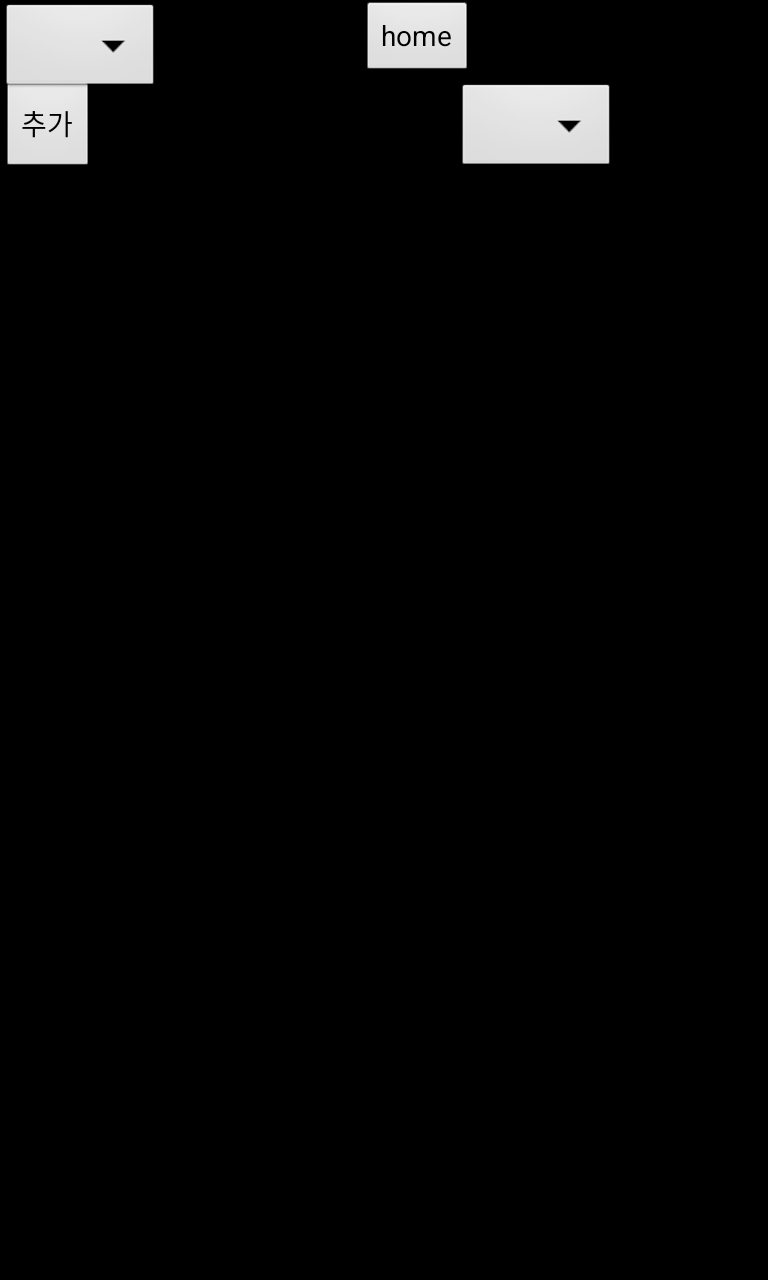
Repository: ET-Bike/E.T-Bike
Layout: Android_Client_ETBike/ETBike/ETBike/res/layout/myprofile.xml
The author's editor kept a copy of each file at every save. The layout is drawn from the files as they stood at one save, then again after the next save.
It is drawn on a 768 x 1280 px phone screen (xhdpi) without system bars, with theme android:Theme.NoTitleBar; the app's code is not run. Lists and similar views that code fills are empty.

Above is the layout before, as saved 2012-11-09 14:54:47.

### Android_Client_ETBike/ETBike/ETBike/res/layout/myprofile.xml
<?xml version="1.0" encoding="utf-8"?>
<FrameLayout xmlns:android="http://schemas.android.com/apk/res/android"
    android:layout_width="match_parent"
    android:layout_height="match_parent"
    android:orientation="vertical" >

    <LinearLayout
        xmlns:android="http://schemas.android.com/apk/res/android"
        android:id="@+id/myBikeListLL"
        android:layout_width="match_parent"
        android:layout_height="match_parent"
        android:orientation="vertical" >

        <LinearLayout
            android:layout_width="fill_parent"
            android:layout_height="40dp"
            android:gravity="left"
            android:orientation="horizontal" >
            <Button
                android:id="@+id/addBikeBtnMyBikeList"
                android:layout_width="wrap_content"
                android:layout_height="wrap_content"
                android:layout_marginLeft="180dp"
                android:text="home" />
        </LinearLayout>

        <LinearLayout
            xmlns:android="http://schemas.android.com/apk/res/android"
            android:layout_width="match_parent"
            android:layout_height="0px"
            android:layout_weight="1"
            android:orientation="horizontal" >

            <Button
                android:id="@+id/addBtnMyBikeList"
                android:layout_width="wrap_content"
                android:layout_height="wrap_content"
                android:layout_gravity="left"
                android:text="추가" />

            <Spinner
                android:id="@+id/filterSpnnrMyBikeList"
                android:layout_width="wrap_content"
                android:layout_height="wrap_content"
                android:layout_marginLeft="180dp" />
        </LinearLayout>

        <LinearLayout
            xmlns:android="http://schemas.android.com/apk/res/android"
            android:layout_width="match_parent"
            android:layout_height="0px"
            android:layout_weight="9"
            android:orientation="horizontal" >

            <ListView
                android:id="@+id/myBikeLV"
                android:layout_width="fill_parent"
                android:layout_height="fill_parent" >
            </ListView>
        </LinearLayout>
    </LinearLayout>

    <LinearLayout
        xmlns:android="http://schemas.android.com/apk/res/android"
        android:id="@+id/dealListLL"
        android:layout_width="match_parent"
        android:layout_height="match_parent"
        android:orientation="vertical" >

        <LinearLayout
            xmlns:android="http://schemas.android.com/apk/res/android"
            android:layout_width="match_parent"
            android:layout_height="0px"
            android:layout_weight="1"
            android:orientation="horizontal" >

            <Spinner
                android:id="@+id/filterSpnnrDealList"
                android:layout_width="wrap_content"
                android:layout_height="wrap_content"
                android:layout_gravity="right" />
        </LinearLayout>

        <LinearLayout
            xmlns:android="http://schemas.android.com/apk/res/android"
            android:layout_width="match_parent"
            android:layout_height="0px"
            android:layout_weight="9"
            android:orientation="horizontal" >

            <ListView
                android:id="@+id/DealLV"
                android:layout_width="fill_parent"
                android:layout_height="fill_parent" >
            </ListView>
        </LinearLayout>
    </LinearLayout>

    <LinearLayout
        xmlns:android="http://schemas.android.com/apk/res/android"
        android:id="@+id/myJoinListLL"
        android:layout_width="match_parent"
        android:layout_height="match_parent"
        android:orientation="vertical" >

        <ListView
            android:id="@+id/myJoinLV"
            android:layout_width="fill_parent"
            android:layout_height="fill_parent" >
        </ListView>
    </LinearLayout>

</FrameLayout>

After the next save:
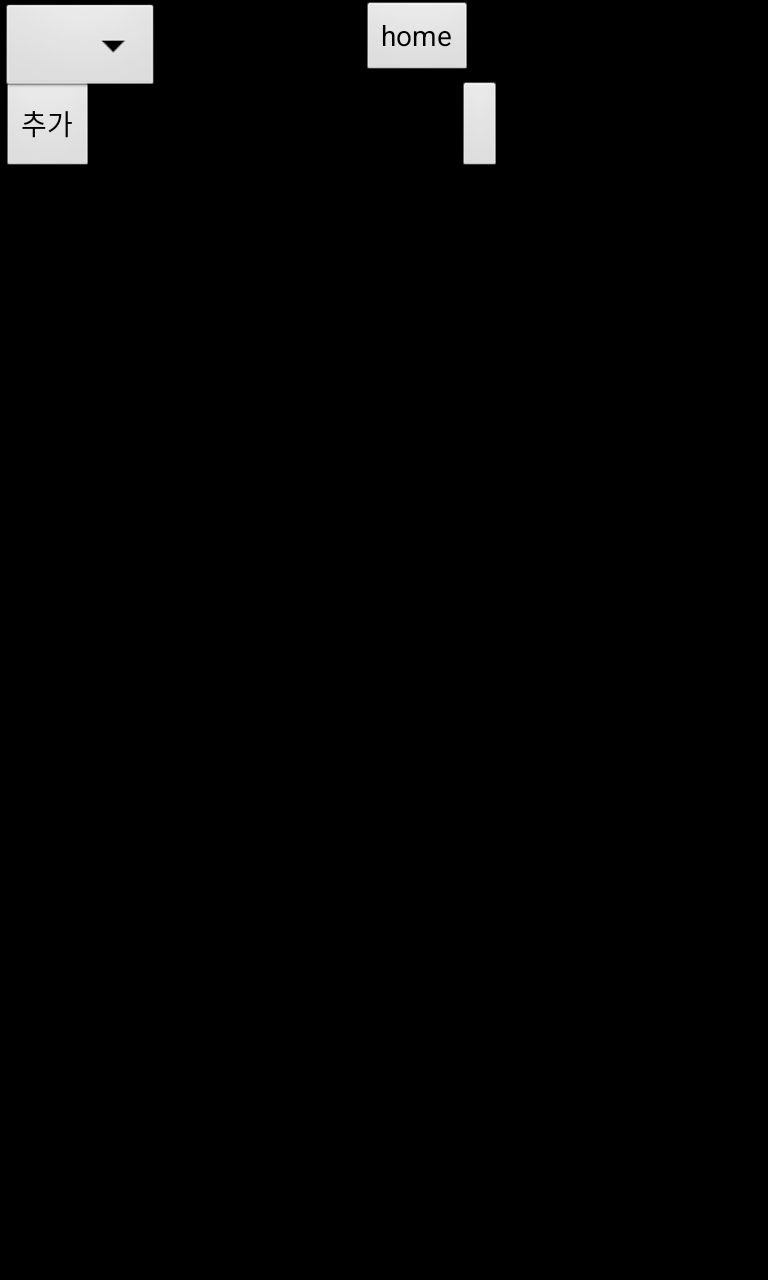
Saved 82 s later.
--- a/Android_Client_ETBike/ETBike/ETBike/res/layout/myprofile.xml
+++ b/Android_Client_ETBike/ETBike/ETBike/res/layout/myprofile.xml
@@ -38,7 +38,7 @@
                 android:layout_gravity="left"
                 android:text="추가" />
 
-            <Spinner
+            <Button
                 android:id="@+id/filterSpnnrMyBikeList"
                 android:layout_width="wrap_content"
                 android:layout_height="wrap_content"
